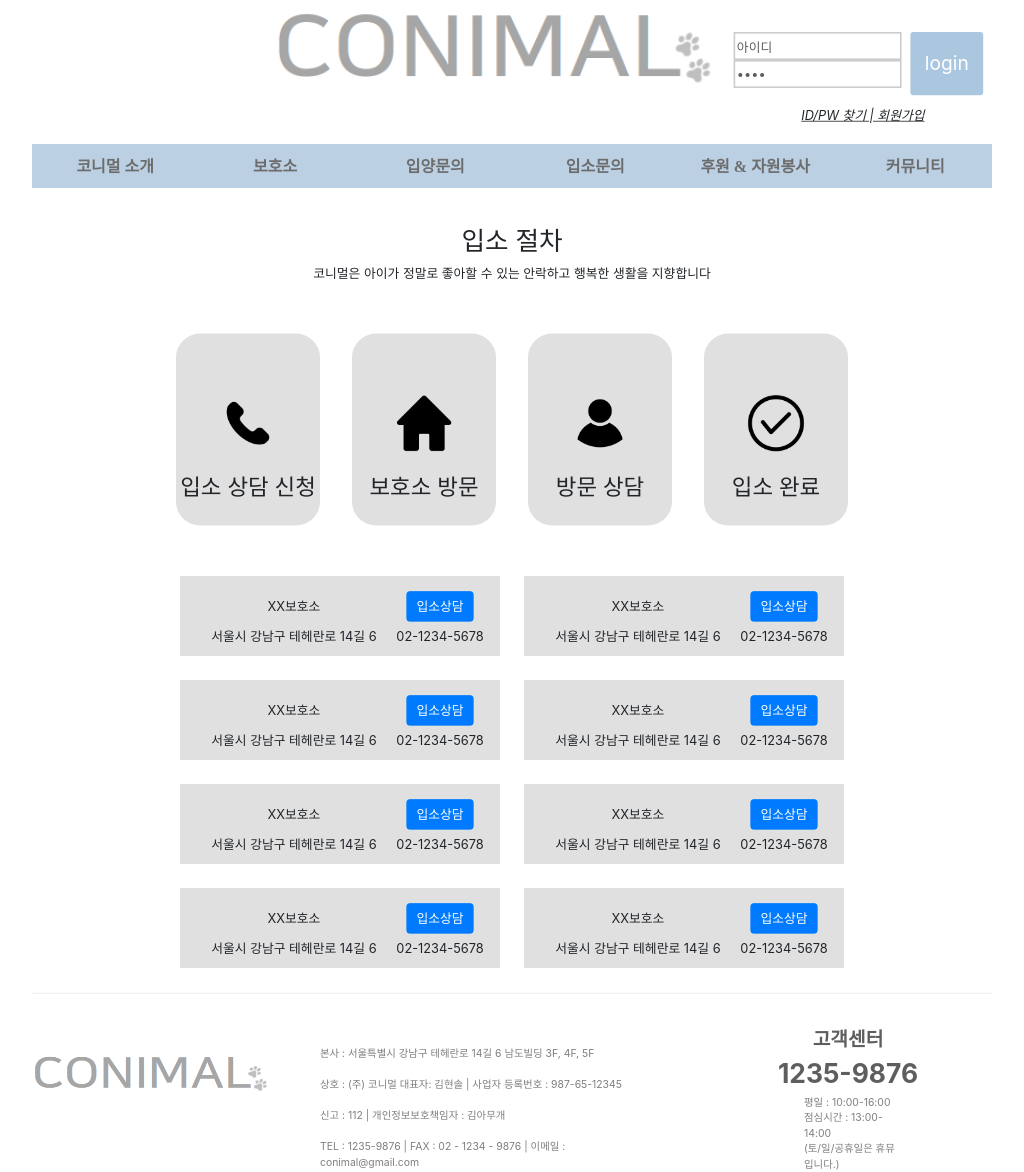
Repository: rlagusthf12/SemiProject
Page: http://localhost/conimal/views/shelter/enterProcessView.jsp
These files come from the project's save history. The page is drawn as it stood at one moment and after the next save; the edit follows.
The browser window is 1280 px wide. The pictures show the whole page, at 80% of full size.
The page is served by Tomcat 9. Nobody is signed in. The application's start-up code is not run.

Above is the page before, as saved 2021-05-25 08:31:57.

After the next save:
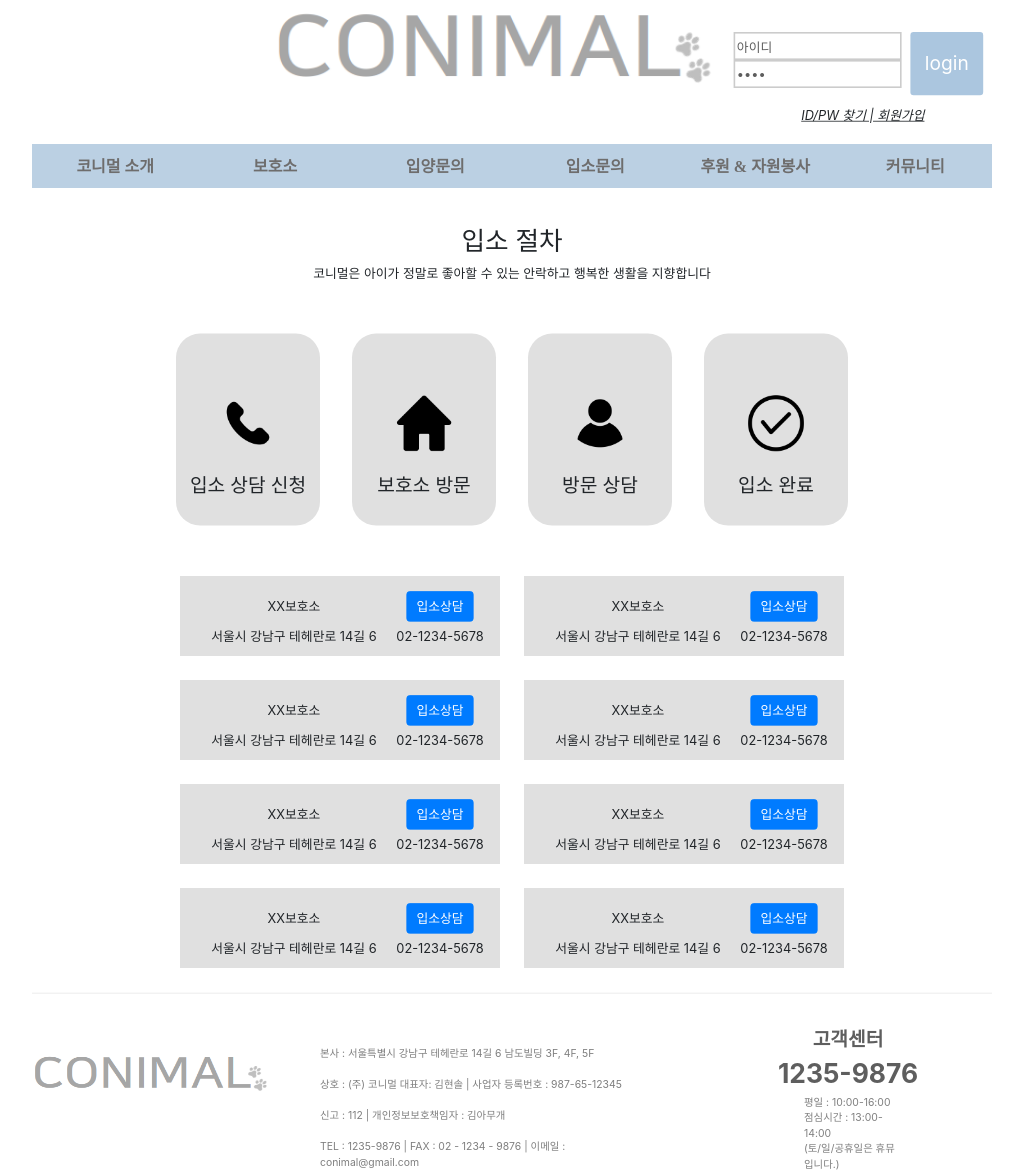
Saved 7 min 50 s later.
--- a/conimal/WebContent/views/shelter/enterProcessView.jsp
+++ b/conimal/WebContent/views/shelter/enterProcessView.jsp
@@ -71,25 +71,25 @@
             <br><br><br>
             <img src="../../resources/images/phone.png" width="80">
             <br><br>
-            <h3>입소 상담 신청</h3>
+            <h4>입소 상담 신청</h4>
         </div>
         <div class="pa" align="center">
             <br><br><br>
             <img src="../../resources/images/house.png" width="80">
             <br><br>
-            <h3>보호소 방문</h3>
+            <h4>보호소 방문</h4>
         </div>
         <div class="pa" align="center">
             <br><br><br>
             <img src="../../resources/images/people.png" width="80">
             <br><br>
-            <h3>방문 상담</h3>
+            <h4>방문 상담</h4>
         </div>
         <div class="pa" align="center">
             <br><br><br>
             <img src="../../resources/images/success.png" width="80">
             <br><br>
-            <h3>입소 완료</h3>
+            <h4>입소 완료</h4>
         </div>
     </div>
 
